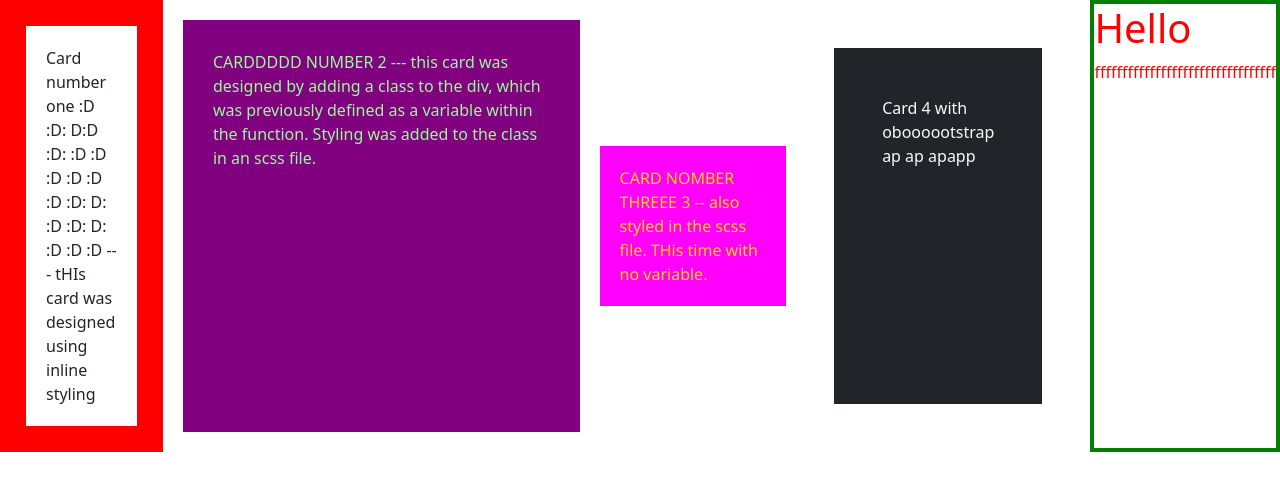
Repository: FbW-E01/spa-react-stylish-cards-gronger
Page: / (app in react-stuff/)
The author's editor kept a copy of each file at every save. The page is drawn from the files as they stood at one save, then again after the next save.
The browser window is 1280 px wide. The pictures show the whole page.
The project was rebuilt for these pictures with package versions that can differ from the ones it lists, and the page was loaded fresh each time.

Above is the page before, as saved 2021-07-14 14:10:51.

After the next save:
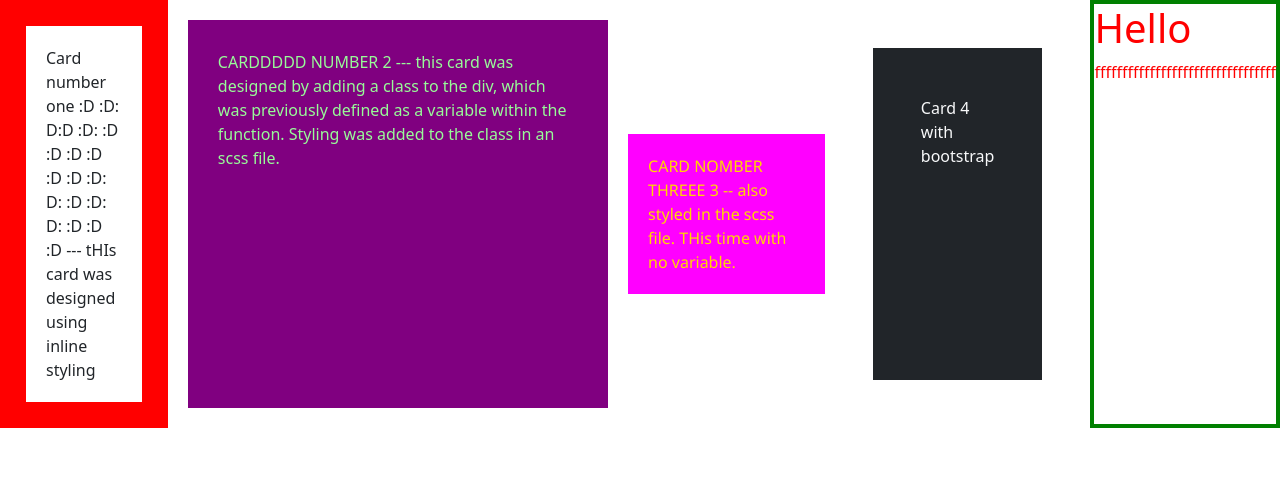
Saved 16 s later.
--- a/react-stuff/src/index.js
+++ b/react-stuff/src/index.js
@@ -34,7 +34,7 @@ function CardThreeScssClass() {
 
 function CardFourBootstrap() {
   return <div className="p-5 m-5 warning bg-dark text-light">
-    Card 4 with oboooootstrap ap ap apapp
+    Card 4 with bootstrap
   </div>
 }
 
